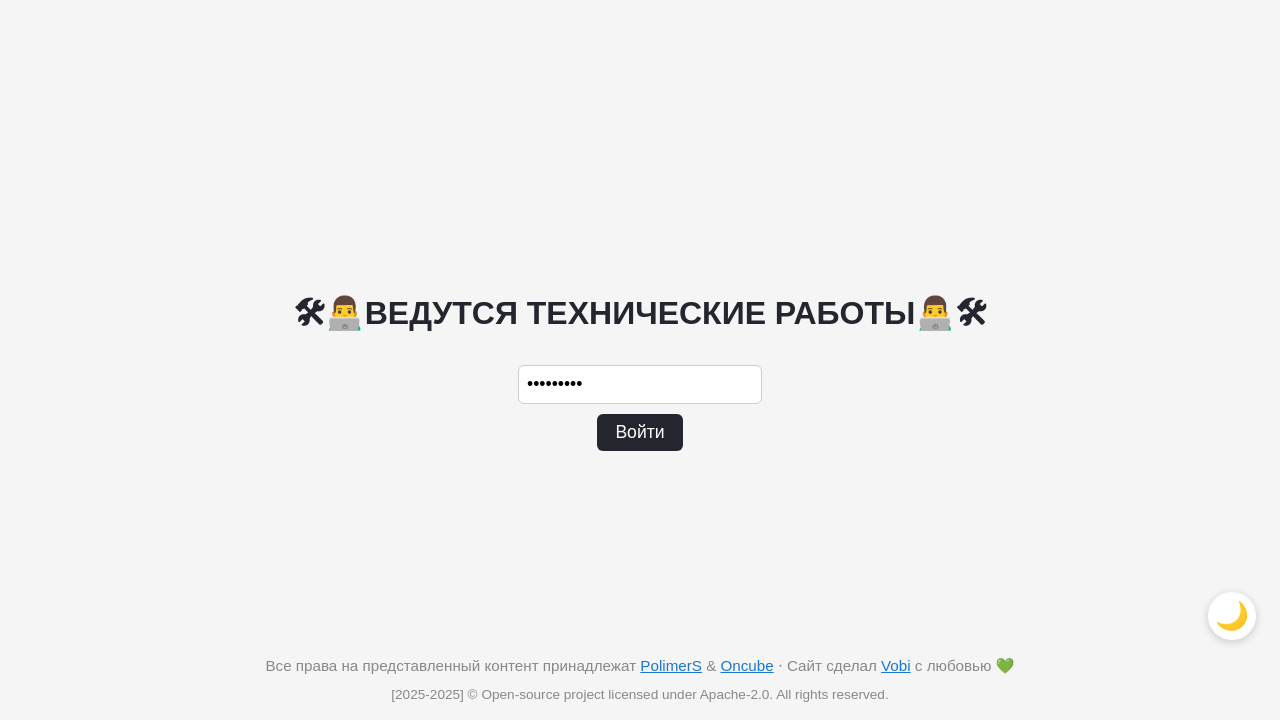
Repository: oncube-dev/OnCube-dev_website
Page: files_for_hosting/html_plus_js.version/index.html
The author's editor kept a copy of each file at every save. The page is drawn from the files as they stood at one save, then again after the next save.
The browser window is 1280 px wide. The pictures show the whole page.
Empty fields were first filled with sample values (such as "Sample", 5 or name@example.com).
After loading, the first visible `#theme-toggle` was clicked once.
The page's requests for data from a server got no answer.

Above is the page before, as saved 2025-07-28 16:20:58.
Console error: SyntaxError: Identifier 'startDate' has already been declared

After the next save:
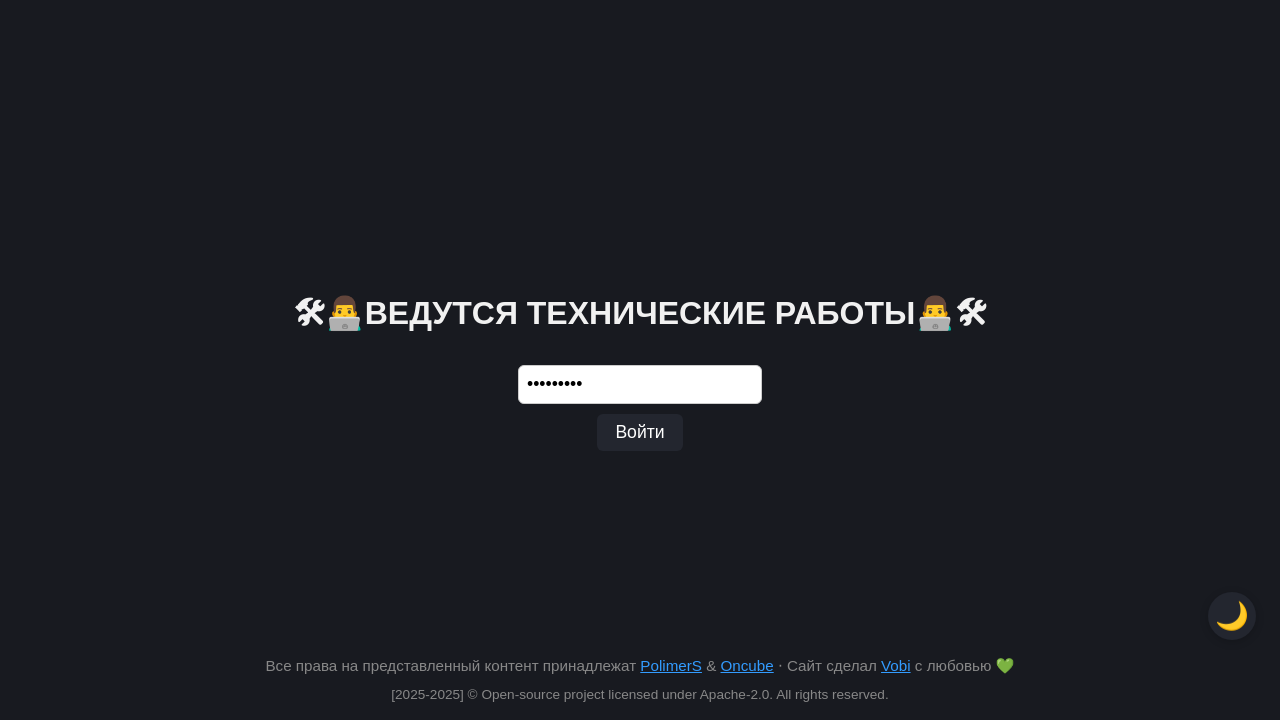
The error is gone.
Saved 1 s later.
--- a/files_for_hosting/html_plus_js.version/info_script.js
+++ b/files_for_hosting/html_plus_js.version/info_script.js
@@ -1,79 +1,3 @@
 const API_KEY = 'AIzaSyD_5JR2KFtfjfmsiwnueCyyJkvWOh__aOI';
+const AUTH_PASSWORD = 'PS';
 const CHANNEL_ID = 'UCACwRQLU0Bq5yxijfnBPRfQ';
-
-let startDate = null;
-
-async function fetchLastVideoDate() {
-    try {
-        const apiUrl = `https://www.googleapis.com/youtube/v3/search?key=${API_KEY}&channelId=${CHANNEL_ID}&part=snippet,id&order=date&maxResults=1`;
-        const response = await fetch(apiUrl);
-        if (!response.ok) throw new Error('Ошибка запроса к YouTube API');
-        const data = await response.json();
-        const video = data.items && data.items[0];
-        if (video && video.snippet && video.snippet.publishedAt) {
-            startDate = new Date(video.snippet.publishedAt);
-        } else {
-            throw new Error('Не удалось получить дату видео');
-        }
-    } catch (e) {
-        document.getElementById('timer').textContent = 'Ошибка загрузки даты видео!';
-        console.error(e);
-    }
-}
-
-function updateTimer() {
-    if (!startDate) return;
-    const now = new Date();
-    let diff = now - startDate;
-    if (diff < 0) diff = 0;
-    let seconds = Math.floor(diff / 1000);
-    const days = Math.floor(seconds / (24 * 3600));
-    seconds %= 24 * 3600;
-    const hours = Math.floor(seconds / 3600);
-    seconds %= 3600;
-    const minutes = Math.floor(seconds / 60);
-    seconds %= 60;
-    function plural(n, one, two, five) {
-        n = Math.abs(n) % 100;
-        let n1 = n % 10;
-        if (n > 10 && n < 20) return five;
-        if (n1 > 1 && n1 < 5) return two;
-        if (n1 == 1) return one;
-        return five;
-    }
-    const daysText = plural(days, 'день', 'дня', 'дней');
-    const hoursText = plural(hours, 'час', 'часа', 'часов');
-    const minutesText = plural(minutes, 'минута', 'минуты', 'минут');
-    const secondsText = plural(seconds, 'секунда', 'секунды', 'секунд');
-    document.getElementById('timer').textContent = `${days} ${daysText} ${hours} ${hoursText} ${minutes} ${minutesText} ${seconds} ${secondsText}`;
-}
-
-async function initTimer() {
-    document.getElementById('timer').textContent = 'Загрузка даты видео...';
-    await fetchLastVideoDate();
-    if (startDate) {
-        updateTimer();
-        setInterval(updateTimer, 1000);
-    }
-}
-initTimer();
-
-// Тема
-const toggleBtn = document.getElementById('theme-toggle');
-let themePref = localStorage.getItem('theme');
-let isDark = themePref === null ? true : themePref === 'dark';
-setTheme(isDark);
-toggleBtn.onclick = () => {
-    isDark = !isDark;
-    setTheme(isDark);
-    localStorage.setItem('theme', isDark ? 'dark' : 'light');
-};
-function setTheme(isDark) {
-    if (isDark) {
-        document.body.classList.remove('light-theme');
-        toggleBtn.textContent = '☀️';
-    } else {
-        document.body.classList.add('light-theme');
-        toggleBtn.textContent = '🌙';
-    }
-}
